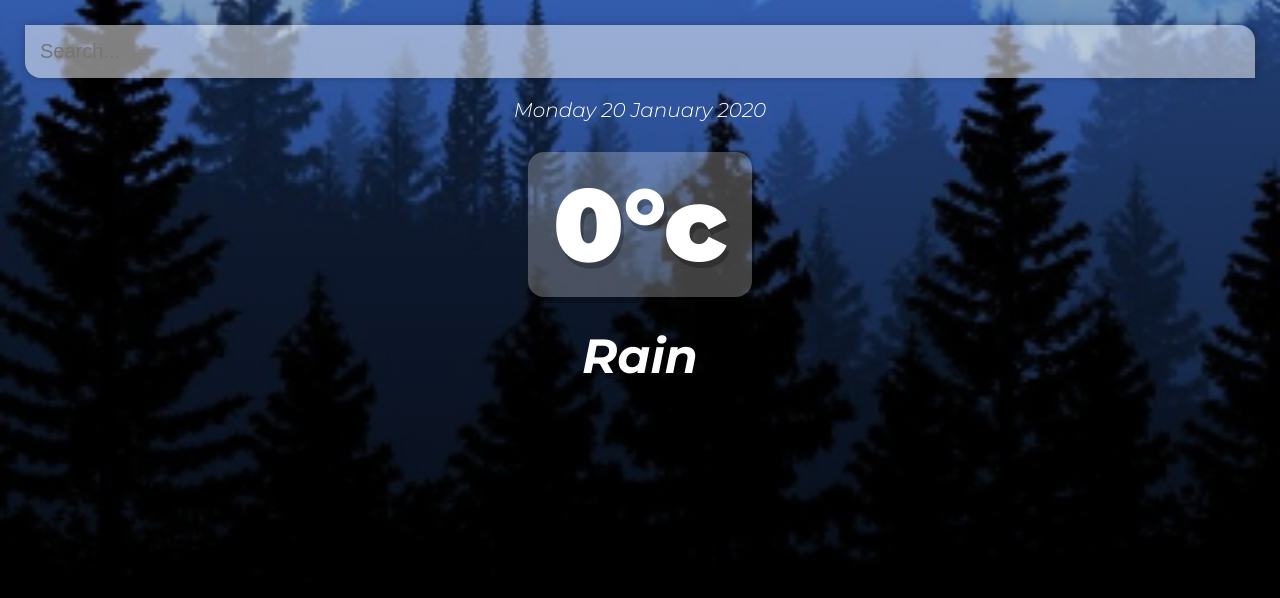
Repository: AbApin/vue-simple-weather-app
Page: /
An editor plug-in stored every save of this project. The page is shown before and after the next save, followed by the edit.
The browser window is 1280 px wide. The pictures show the whole page.
The project was rebuilt for these pictures with package versions that can differ from the ones it lists, and the page was loaded fresh each time. Also part of the build but not shown: vue.config.js.

Above is the page before, as saved 2022-11-24 12:56:27.

After the next save:
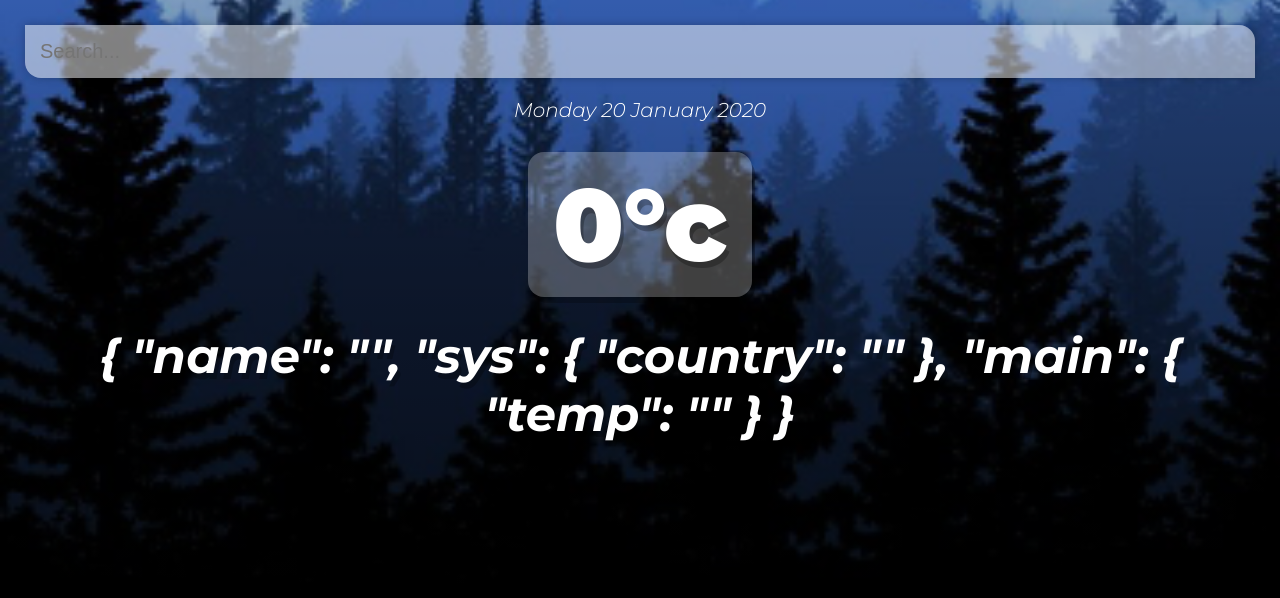
Saved 36 s later.
--- a/src/App.vue
+++ b/src/App.vue
@@ -20,7 +20,7 @@
 
       <div class="weather-box" >
         <p class="temp">{{ Math.round(weather.main.temp) }}°c</p>
-        <p class="weather">Rain</p>
+        <p class="weather">{{weather}}</p>
       </div>
     </main>
   </div>
